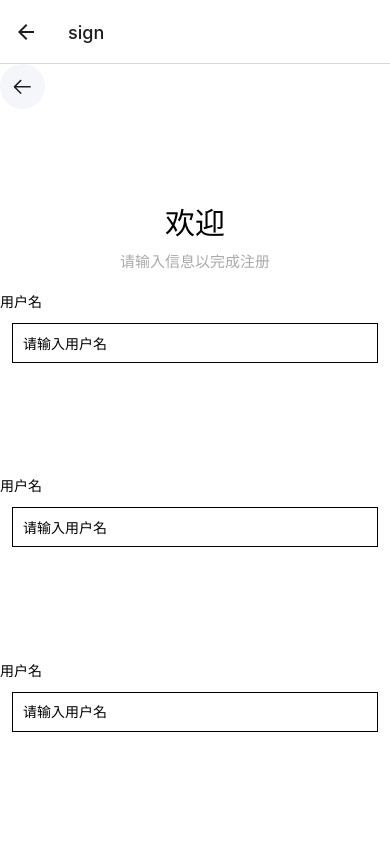
Repository: eyebone/barManager
Screen: /sign
An editor plug-in stored every save of this project. The screen is shown before and after a run of saves, followed by the edit.
The app was drawn by React Native's web renderer in a window 390 px wide. The project was rebuilt for these pictures with package versions that can differ from the ones it lists, and the page was loaded fresh each time. Some packages were replaced by stand-ins written for this rebuild. Also part of the build but not shown: components/EmojiPicker.js, components/Button.js, components/ImageViewer.js, components/circleButton.js, components/IconButton.js, view/ViewOne.js.

Above is the screen before, as saved 2023-06-26 10:12:54.

After the next 3 saves:
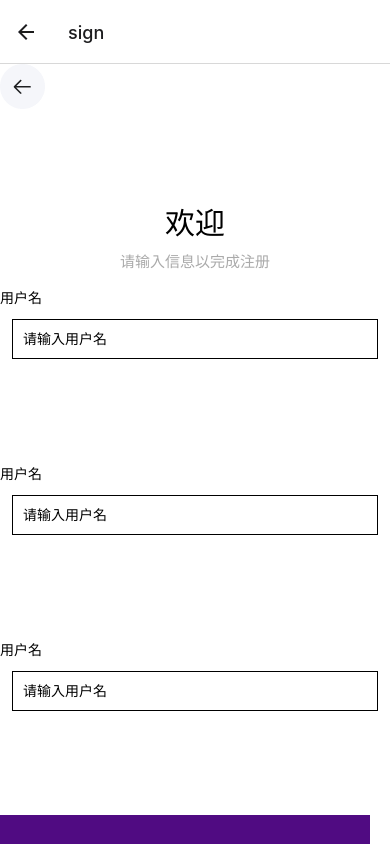
The 3 saves are shown as one change because 1 did not build or start and some came seconds apart.
The last was saved 12 s later.
--- a/view/Sign.js
+++ b/view/Sign.js
@@ -51,7 +51,7 @@ export function SignView() {
           //          onChangeText={onChange}
         />
       </View>
-      <View>
+      <View style={styles.footerContainer}>
 
       </View>
     </View>
